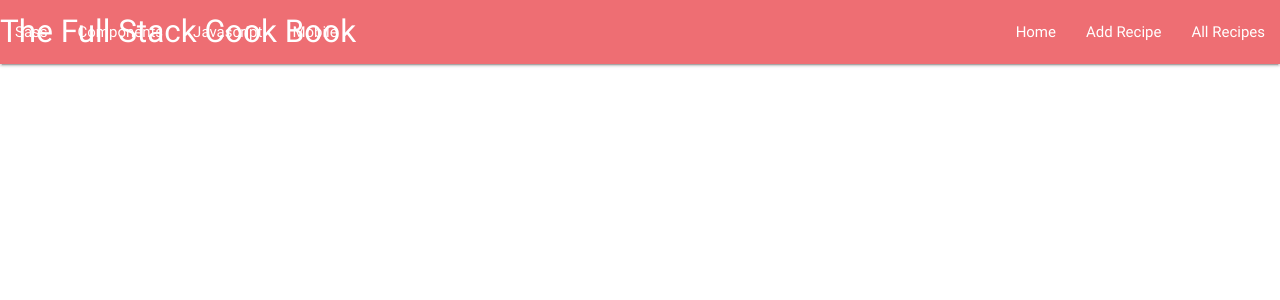
Repository: nakitamccool/francisillingworth-milestone-project-3
Page: http://localhost/index
The author's editor kept a record of every edit. The page is drawn from the files as they stood at one moment, then again after the next edit.
The browser window is 1280 px wide. The pictures show the whole page.
The page is served by the project's application, run on Flask 3 (app.py).

Above is the page before.

After the next edit:
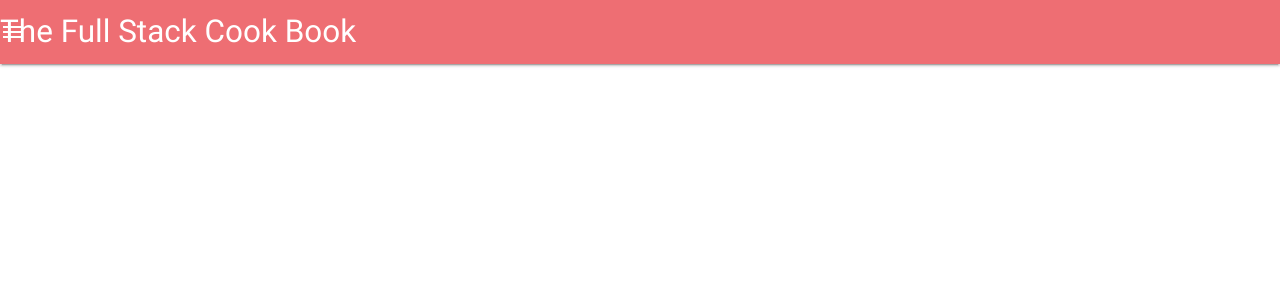
The edit:
--- a/templates/base.html
+++ b/templates/base.html
@@ -12,6 +12,7 @@
     <nav>
     <div class="nav-wrapper">
       <a href="#" class="brand-logo">The Full Stack Cook Book</a>
+      <a href="#" data-target="mobile-demo" class="sidenav-trigger"><i class="material-icons">menu</i></a>
       <ul id="nav-mobile" class="right hide-on-med-and-down">
         <li><a href="index.html">Home</a></li>
         <li><a href="{{ url_for('add_recipe') }}">Add Recipe</a></li>
